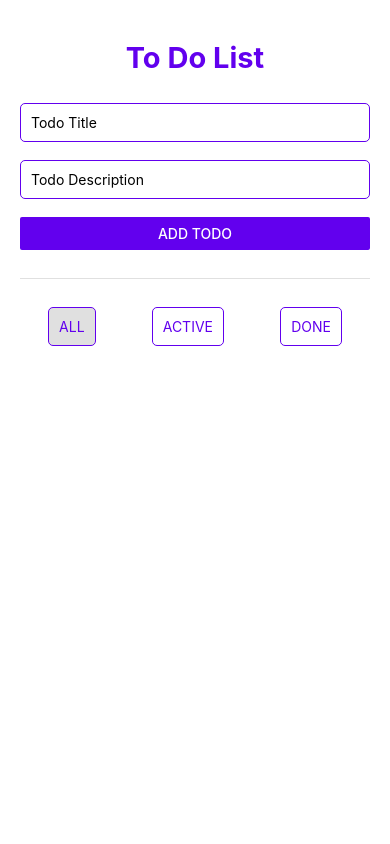
Repository: mohamed-omar-mubark/react-native-todo
Screen: /
These files come from the project's save history. The screen is drawn as it stood at one moment and after the next save; the edit follows.
The app was drawn by React Native's web renderer in a window 390 px wide. The project was rebuilt for these pictures with package versions that can differ from the ones it lists, and the page was loaded fresh each time.

Above is the screen before, as saved 2024-08-07 18:08:05.

### App.js
import React, { useState } from "react";
import {
  StyleSheet,
  Text,
  View,
  TextInput,
  Button,
  FlatList,
  TouchableOpacity,
} from "react-native";

export default function App() {
  const [title, setTitle] = useState("");
  const [description, setDescription] = useState("");
  const [todos, setTodos] = useState([]);
  const [filter, setFilter] = useState("All");

  const addTodo = () => {
    if (title && description) {
      setTodos([
        ...todos,
        { id: Date.now(), title, description, status: "active" },
      ]);
      setTitle("");
      setDescription("");
    }
  };

  const changeStatus = (id, status) => {
    setTodos(
      todos.map((todo) => (todo.id === id ? { ...todo, status } : todo))
    );
  };

  const getFilteredTodos = () => {
    if (filter === "All") return todos;
    return todos.filter((todo) => todo.status === filter.toLowerCase());
  };

  return (
    <View style={styles.container}>
      <Text style={styles.title}>To Do List</Text>
      <TextInput
        style={styles.input}
        placeholder="Todo Title"
        value={title}
        onChangeText={setTitle}
      />
      <TextInput
        style={styles.input}
        placeholder="Todo Description"
        value={description}
        onChangeText={setDescription}
      />
      <Button title="Add Todo" onPress={addTodo} color="#6200EE" />
      <View style={styles.divider} />
      <View style={styles.filterContainer}>
        {["All", "active", "done"].map((status) => (
          <TouchableOpacity key={status} onPress={() => setFilter(status)}>
            <Text
              style={[
                styles.filterButton,
                filter === status && styles.selectedFilter,
              ]}>
              {status.toUpperCase()}
            </Text>
          </TouchableOpacity>
        ))}
      </View>
      <FlatList
        data={getFilteredTodos()}
        keyExtractor={(item) => item.id.toString()}
        renderItem={({ item }) => (
          <View style={styles.todoItem}>
            <Text style={styles.todoTitle}>{item.title}</Text>
            <Text style={styles.todoDescription}>{item.description}</Text>
            {item.status === "active" ? (
              <Button
                title="Mark as Done"
                onPress={() => changeStatus(item.id, "done")}
                color="#03DAC5"
              />
            ) : (
              <Button
                title="Mark as Active"
                onPress={() => changeStatus(item.id, "active")}
                color="#BB86FC"
              />
            )}
          </View>
        )}
      />
    </View>
  );
}

const styles = StyleSheet.create({
  container: {
    flex: 1,
    display: "flex",
    justifyContent: "center",
    alignContent: "center",
    marginTop: 20,
    padding: 20,
    gap: 8,
    backgroundColor: "#ffffff",
  },
  title: {
    fontSize: 29,
    fontWeight: "bold",
    textAlign: "center",
    color: "#6200EE",
    marginBottom: 20,
  },
  input: {
    borderWidth: 1,
    borderColor: "#6200EE",
    padding: 10,
    marginBottom: 10,
    borderRadius: 5,
  },
  divider: {
    height: 1,
    backgroundColor: "#E0E0E0",
    marginVertical: 20,
  },
  filterContainer: {
    flexDirection: "row",
    justifyContent: "space-around",
    marginBottom: 20,
  },
  filterButton: {
    padding: 10,
    borderRadius: 5,
    borderWidth: 1,
    borderColor: "#6200EE",
    textAlign: "center",
    color: "#6200EE",
  },
  selectedFilter: {
    backgroundColor: "#E0E0E0",
  },
  todoItem: {
    padding: 20,
    borderBottomWidth: 1,
    borderBottomColor: "#E0E0E0",
    backgroundColor: "#F5F5F5",
    borderRadius: 5,
    marginVertical: 5,
  },
  todoTitle: {
    fontSize: 18,
    fontWeight: "bold",
    color: "#333333",
  },
  todoDescription: {
    fontSize: 14,
    color: "#666666",
  },
});

After the next save:
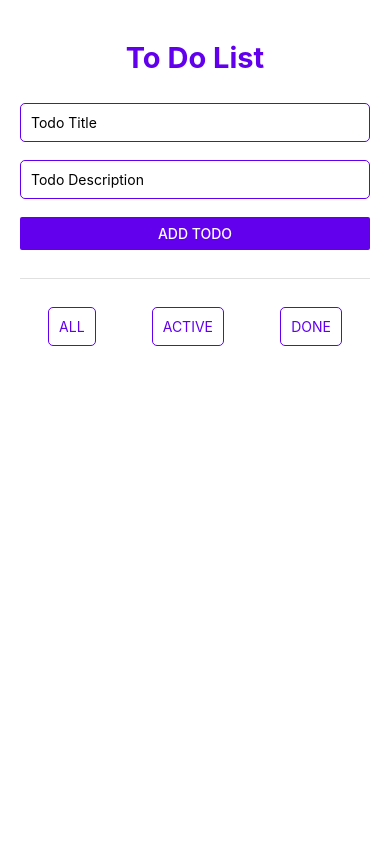
Saved 31 s later.
--- a/App.js
+++ b/App.js
@@ -137,24 +137,4 @@ const styles = StyleSheet.create({
     textAlign: "center",
     color: "#6200EE",
   },
-  selectedFilter: {
-    backgroundColor: "#E0E0E0",
-  },
-  todoItem: {
-    padding: 20,
-    borderBottomWidth: 1,
-    borderBottomColor: "#E0E0E0",
-    backgroundColor: "#F5F5F5",
-    borderRadius: 5,
-    marginVertical: 5,
-  },
-  todoTitle: {
-    fontSize: 18,
-    fontWeight: "bold",
-    color: "#333333",
-  },
-  todoDescription: {
-    fontSize: 14,
-    color: "#666666",
-  },
 });
